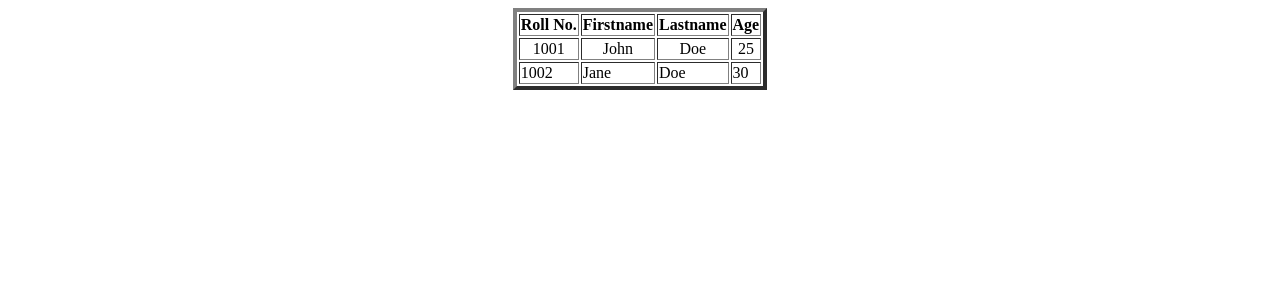
Repository: ankitgujre01/HTMLgeeks
Page: table.html
These files come from the project's save history. The page is drawn as it stood at one moment and after a run of saves; the edit follows.
The browser window is 1280 px wide. The pictures show the whole page.

Above is the page before, as saved 2025-09-03 23:16:37.

After the next 2 saves:
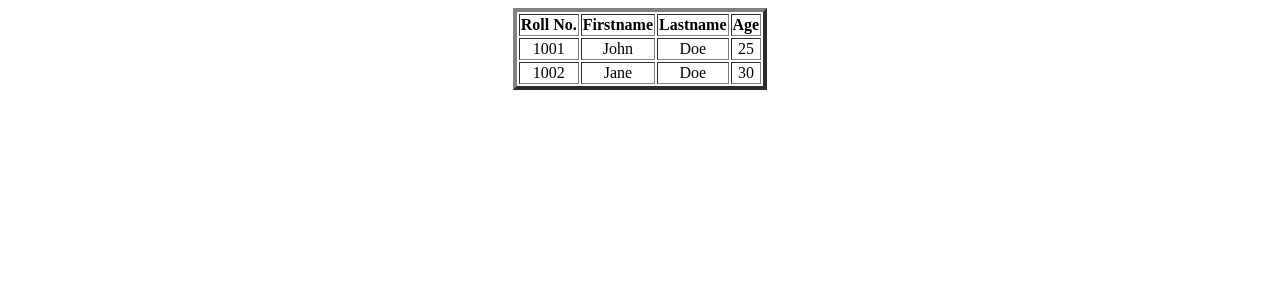
The 2 saves are shown as one change because they came seconds apart.
The last was saved 16 s later.
--- a/table.html
+++ b/table.html
@@ -15,7 +15,7 @@
                 <td>Doe</td>
                 <td>25</td>
             </tr>
-            <tr>
+            <tr align="center">
                 <td>1002</td>
                 <td>Jane</td>
                 <td>Doe</td>
